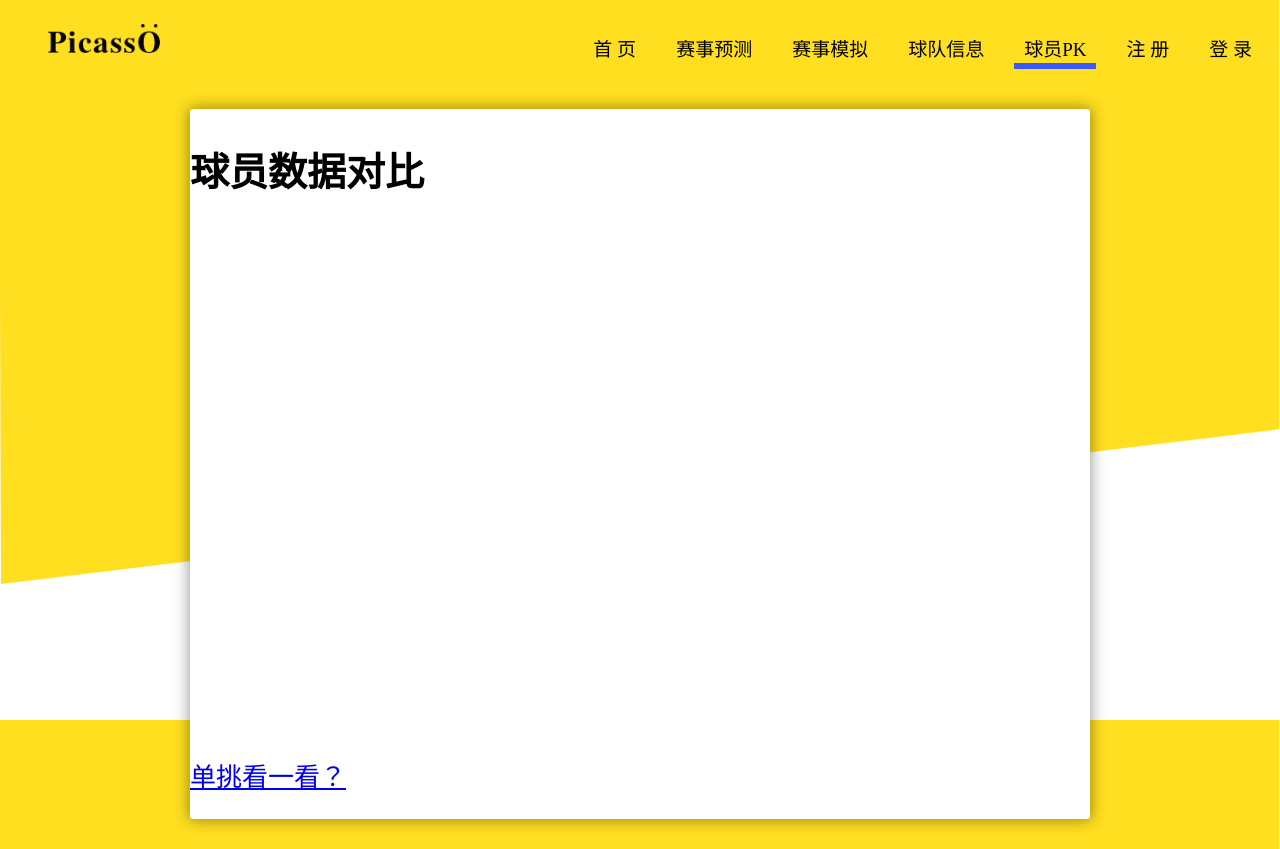
Repository: cciixx/nba-prediction-sys
Page: public/PK_index.html
An editor plug-in stored every save of this project. The page is shown before and after the next save, followed by the edit.
The browser window is 1280 px wide. The pictures show the whole page.
Backgrounds fixed to the window are drawn as part of the page.

Above is the page before, as saved 2020-04-03 21:22:18.

### public/PK_index.html
<!doctype html>
<html>
<head>
<meta charset="utf-8">
<title>NBA预测系统-球员PK</title>
    <link  href="css/navl.css" rel="stylesheet" type="text/css">
    <link  href="css/player_PK.css" rel="stylesheet" type="text/css">
    <script  src="JS/echarts.min.js"></script>
	<style>
		body{background-image: url(images/half_yellow.png);}
	</style>
</head>

<body>
    <div class="header">
        <ul class='navl'>
            <li><a href="login.html">登 录</a></li>
            <li><a href="register.html">注 册</a></li>
            <li style="border-bottom: 6px solid #3a59fd;"><a href="PK_index.html">球员PK</a></li>
            <li><a href="team.html">球队信息</a></li>
            <li><a href="live_index.html">赛事模拟</a></li>
            <li><a href="predict.html">赛事预测</a></li>
            <li><a href="first.html">首 页</a></li>
            <img src="images/logo.png">
        </ul></div>

        <div class="wrapper">
            <div class="bg">
                <h2>球员数据对比</h2>
                <div class="name">
                    <div><h3 id="player1_name"></h3></div>
                    <div><h3 id="player2_name"></h3></div>
                </div>
                <div class="chart", id="chartmain"></div>
                <p><a href="1V1.html" id="jump">单挑看一看？</a></p>
            </div>
        </div>
    </div>
</body>
</html>

### public/css/navl.css
/* CSS Document */
body{
	background-repeat: no-repeat;
	background-position: top;
	background-size: 100%, 100%;
	background-attachment: fixed;
}
.header{
    overflow: hidden;
}
.btn{
	background: #3a59fd;
	font-family: '方正小标宋简体';
	color: white;
}
.navl ul{
	margin: 30px;
	width: 600px;
	height: 300px;
	color: #030303;
	position: absolute;
	top: 10px;
}
.navl li{
		height: 29px;
		width: fit-content;
		margin: 10px;
		list-style: none;
		float: right;
}
.navl img{
	float: left;
	height: 29px;
}
.navl a{
	margin: 0px 10px;
	color:#030303;
	text-align: left;
	text-decoration: none;
	font-size: 19px;
}
.wrapper{
    width: 100%;
}

### public/css/player_PK.css

.bg{
    overflow: hidden;
    width: 900px;
    height: fit-content;
    margin: 30px auto;
	font-size: 26px;
	background: white;
	border: 0 none;
    border-radius: 3px;
    box-shadow: 0 0 15px 1px rgba(0, 0, 0, 0.4);
    box-sizing: border-box;
}
.bg .name{
    margin: 10px;
    width: 850px;
    height: fit-content;
}
.bg .chart{
    margin-top: 30px;
    width: 900px;
    height: 500px;
}

### public/css/search.css
/* CSS Document */
.bg{
	width: 500px;
	height: 380px;
	margin: 50px auto;
	font-size: 26px;
	background: white;
	border: 0 none;
    border-radius: 3px;
    box-shadow: 0 0 15px 1px rgba(0, 0, 0, 0.4);
    box-sizing: border-box;
}
.box{
    font-size: 22px;
    width: 40%;
    float: left;
    margin-left: 38px;
}
h2{
    font-size: 30px;
    text-align: center;
    border-bottom: 1px solid #999999;
    padding: 20px;
    margin: 35px;
    margin-bottom: 15px;
}
h3{
    margin-left: 20px;
}
textarea {
    font-size: 20px;
	height:40px;
	width:150px;
	margin-left:20px;
    border: 1px solid #999999;
    border-radius: 3px;
    box-sizing: border-box;
    color: #2C3E50;
}
input{
    font-size: 20px;
    width: 380px;
    height: 50px;
    text-align: center;
    margin-top: 25px;
}

img{
    height: 25px;
    float: right;
    margin-top: 30px;
    margin-right: 25px;
}
p{
    float: right;
    margin-right: 30px;
}

Loaded but not shown: public/JS/echarts.min.js (library)

After the next save:
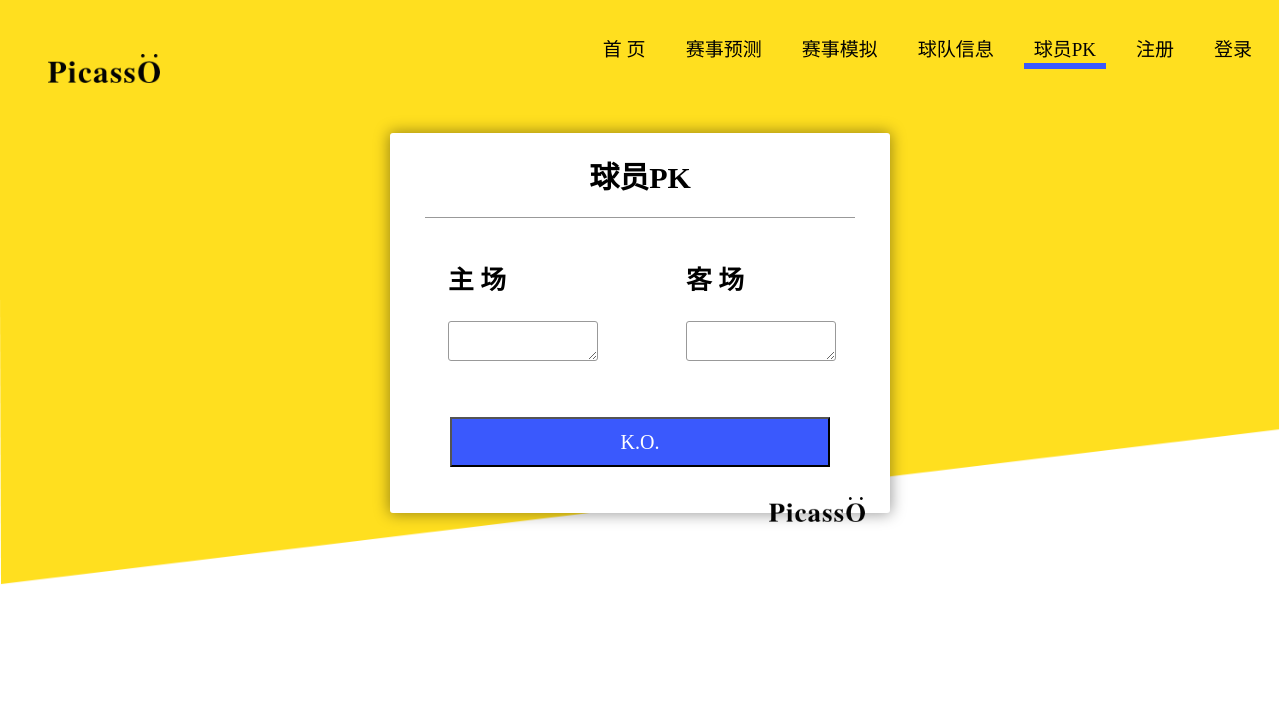
Saved 34 s later.
--- a/public/PK_index.html
+++ b/public/PK_index.html
@@ -4,8 +4,7 @@
 <meta charset="utf-8">
 <title>NBA预测系统-球员PK</title>
     <link  href="css/navl.css" rel="stylesheet" type="text/css">
-    <link  href="css/player_PK.css" rel="stylesheet" type="text/css">
-    <script  src="JS/echarts.min.js"></script>
+    <link  href="css/search.css" rel="stylesheet" type="text/css">
 	<style>
 		body{background-image: url(images/half_yellow.png);}
 	</style>
@@ -13,27 +12,27 @@
 
 <body>
     <div class="header">
-        <ul class='navl'>
-            <li><a href="login.html">登 录</a></li>
-            <li><a href="register.html">注 册</a></li>
+        <ul class='navl'style="background-color: blueviolet;">
+            <li><a href="login.html">登录</a></li>
+            <li><a href="register.html">注册</a></li>
             <li style="border-bottom: 6px solid #3a59fd;"><a href="PK_index.html">球员PK</a></li>
             <li><a href="team.html">球队信息</a></li>
             <li><a href="live_index.html">赛事模拟</a></li>
             <li><a href="predict.html">赛事预测</a></li>
             <li><a href="first.html">首 页</a></li>
             <img src="images/logo.png">
-        </ul></div>
+        </ul>
+    </div>
 
-        <div class="wrapper">
-            <div class="bg">
-                <h2>球员数据对比</h2>
-                <div class="name">
-                    <div><h3 id="player1_name"></h3></div>
-                    <div><h3 id="player2_name"></h3></div>
-                </div>
-                <div class="chart", id="chartmain"></div>
-                <p><a href="1V1.html" id="jump">单挑看一看？</a></p>
+    <div class="wrapper">
+        <div class="bg">
+            <h2 style="font-size: 30px;">球员PK</h2>
+            <div style="overflow: hidden;">
+                <div class='box'><h3>主 场</h3><textarea></textarea></div>
+                <div class='box'><h3>客 场</h3><textarea></textarea></div>
             </div>
+            <div style="text-align: center;margin-top: 25px;"><a href="player_PK.html"><input class="btn" type="submit" name="submit" value="K.O."></a></div>
+            <img src="images/logo.png">
         </div>
     </div>
 </body>
